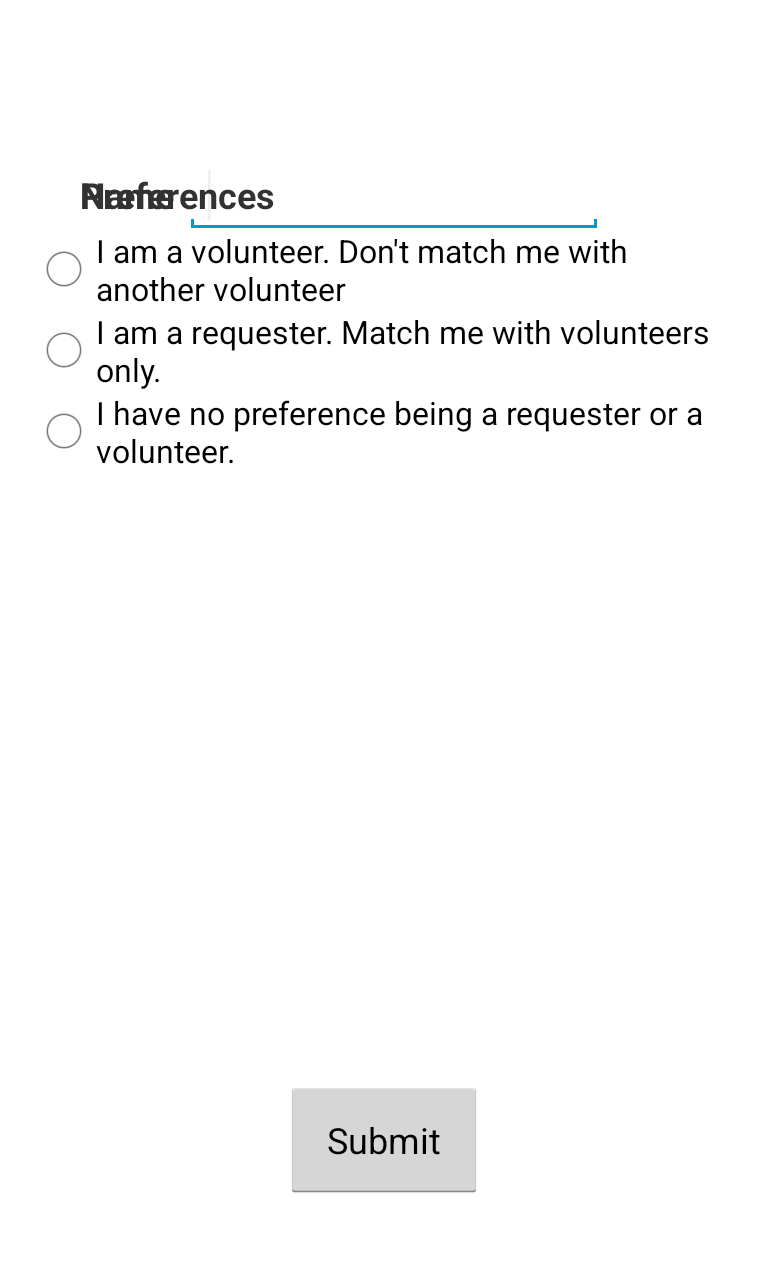
Repository: rwillmot/CS180-SafeWalk-Phase2
Layout: SafeWalkAndroidClient/res/layout/client_fragment_layout.xml
These files come from the project's save history. The layout is drawn as it stood at one moment and after the next save; the edit follows.
It is drawn on a 768 x 1280 px phone screen (xhdpi) without system bars, with theme AppTheme; the app's code is not run.

Above is the layout before, as saved 2014-12-02 21:52:25.

After the next save:
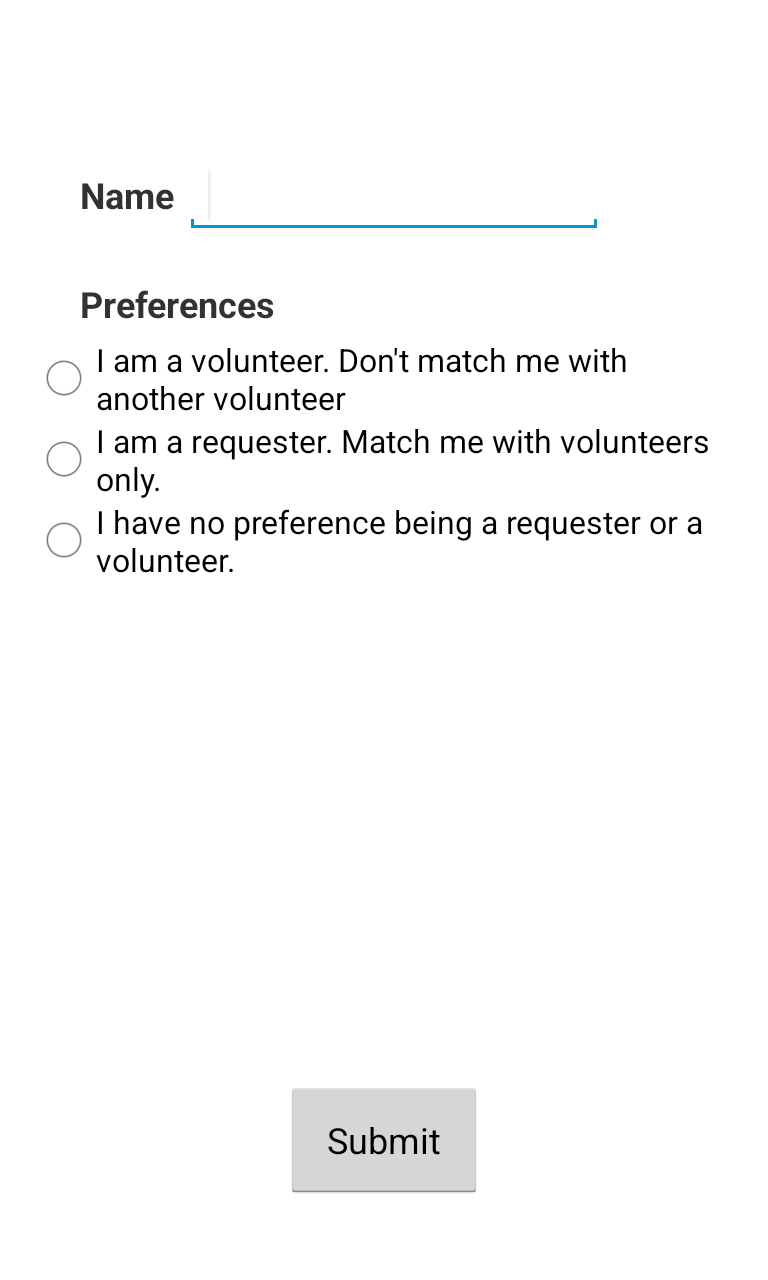
Saved 49 s later.
--- a/SafeWalkAndroidClient/res/layout/client_fragment_layout.xml
+++ b/SafeWalkAndroidClient/res/layout/client_fragment_layout.xml
@@ -92,11 +92,9 @@
         android:id="@+id/et_preferences"
         android:layout_width="wrap_content"
         android:layout_height="wrap_content"
-        android:layout_alignParentLeft="true"
-        android:layout_alignParentTop="true"
         android:layout_below="@+id/et_name"
         android:layout_marginLeft="19dp"
-        android:layout_marginTop="64dp"
+        android:layout_marginTop="20dp"
         android:padding="@dimen/padding"
         android:text="Preferences"
         android:textSize="18sp"
